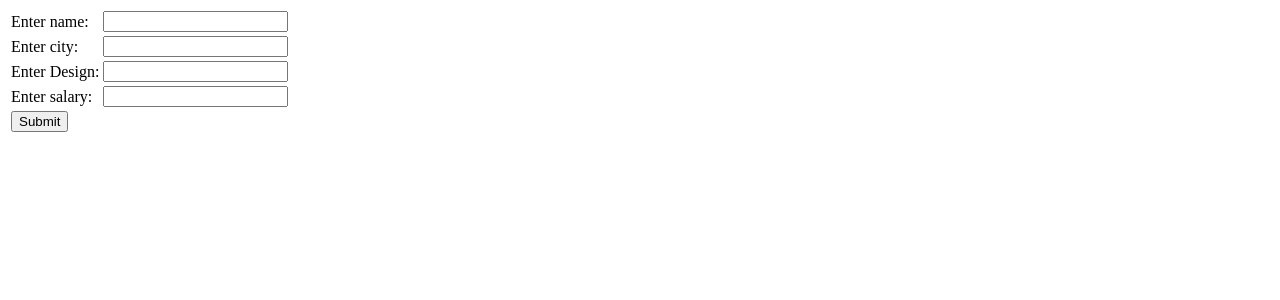
Repository: malhotratanmay98/jsp-servlet
Page: http://localhost/app5empapp/addemp.jsp
The author's editor kept a copy of each file at every save. The page is drawn from the files as they stood at one save, then again after the next save.
The browser window is 1280 px wide. The pictures show the whole page.
The page is served by Tomcat 9.

Above is the page before, as saved 2022-02-05 13:31:48.

After the next save:
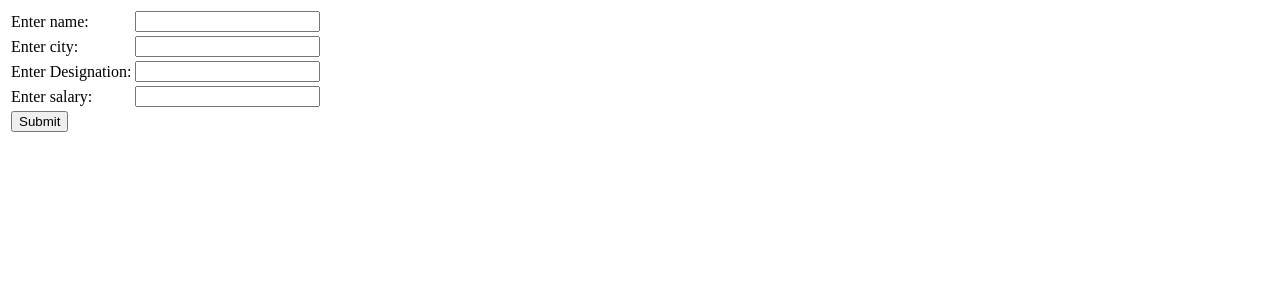
Saved 36 s later.
--- a/app5empapp/WebContent/addemp.jsp
+++ b/app5empapp/WebContent/addemp.jsp
@@ -24,7 +24,7 @@
 
 
         <tr>
-            <td>Enter Design:</td>
+            <td>Enter Designation:</td>
             <td><input type="text" name="designation" id="desiId" /></td>
             <td><label id="desiMsg"></label></td>
         </tr>
